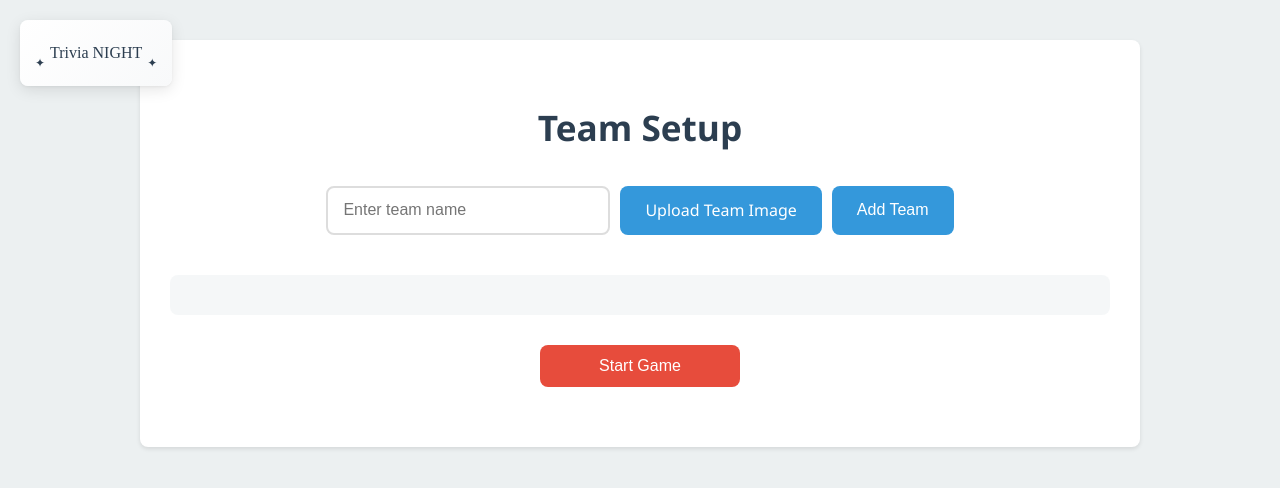
Repository: oscarfco/oscarfco.github.io
Page: projects/trivia_night/index.html
The author's editor kept a copy of each file at every save. The page is drawn from the files as they stood at one save, then again after a run of saves.
The browser window is 1280 px wide. The pictures show the whole page.

Above is the page before, as saved 2025-01-26 00:57:08.

### projects/trivia_night/index.html
<!DOCTYPE html>
<html>
<head>
    <title>Scoreboard</title>
    <style>
        :root {
            --primary-color: #2c3e50;
            --secondary-color: #3498db;
            --accent-color: #e74c3c;
            --background-color: #ecf0f1;
            --text-color: #2c3e50;
            --shadow: 0 2px 4px rgba(0,0,0,0.1);
            --border-radius: 8px;
        }

        body {
            font-family: 'Segoe UI', Tahoma, Geneva, Verdana, sans-serif;
            max-width: 1000px;
            margin: 0 auto;
            padding: 40px 20px;
            background-color: var(--background-color);
            color: var(--text-color);
            line-height: 1.6;
        }

        h2 {
            color: var(--primary-color);
            text-align: center;
            margin-bottom: 30px;
            font-size: 2.2em;
            font-weight: 600;
        }

        .screen {
            display: none;
            background: white;
            padding: 30px;
            border-radius: var(--border-radius);
            box-shadow: var(--shadow);
            animation: fadeIn 0.3s ease-in;
        }

        @keyframes fadeIn {
            from { opacity: 0; transform: translateY(20px); }
            to { opacity: 1; transform: translateY(0); }
        }

        .active {
            display: block;
        }

        .team-list {
            margin: 20px 0;
            padding: 20px;
            background: rgba(236, 240, 241, 0.5);
            border-radius: var(--border-radius);
        }

        .team-list div {
            padding: 10px;
            margin: 5px 0;
            background: white;
            border-radius: var(--border-radius);
            box-shadow: var(--shadow);
        }

        .score-container {
            display: grid;
            grid-template-columns: 2fr 1fr 1fr;
            gap: 20px;
            margin: 20px 0;
            padding: 20px;
            background: rgba(236, 240, 241, 0.5);
            border-radius: var(--border-radius);
        }

        .score-container > div {
            padding: 10px;
            text-align: center;
        }

        input[type="text"], input[type="number"] {
            padding: 12px 15px;
            border: 2px solid #ddd;
            border-radius: var(--border-radius);
            font-size: 16px;
            width: 250px;
            transition: border-color 0.3s ease;
        }

        input[type="text"]:focus, input[type="number"]:focus {
            outline: none;
            border-color: var(--secondary-color);
        }

        button {
            background-color: var(--secondary-color);
            color: white;
            border: none;
            padding: 12px 25px;
            border-radius: var(--border-radius);
            cursor: pointer;
            font-size: 16px;
            font-weight: 500;
            transition: all 0.3s ease;
        }

        button:hover {
            background-color: #2980b9;
            transform: translateY(-2px);
            box-shadow: 0 4px 8px rgba(0,0,0,0.1);
        }

        #startGameBtn, button[onclick="showResults"], button[onclick="nextRound"] {
            background-color: var(--accent-color);
            display: block;
            margin: 30px auto;
            width: 200px;
        }

        #startGameBtn:hover, button[onclick="showResults"]:hover, button[onclick="nextRound"]:hover {
            background-color: #c0392b;
        }

        #rankings {
            padding: 20px;
        }

        #rankings div {
            padding: 15px;
            margin: 10px 0;
            background: white;
            border-radius: var(--border-radius);
            box-shadow: var(--shadow);
            font-size: 18px;
        }
/*
        #rankings div:nth-child(1) {
            background-color: #ffd700;
            color: var(--primary-color);
            font-weight: bold;
        }

        #rankings div:nth-child(2) {
            background-color: #c0c0c0;
            color: var(--primary-color);
        }

        #rankings div:nth-child(3) {
            background-color: #cd7f32;
            color: var(--primary-color);
        } */
        #rankingsList .ranking-item:nth-of-type(1) {
            background-color: #ffd700; /* Gold */
            color: var(--primary-color);
            font-weight: bold;
        }

        #rankingsList .ranking-item:nth-of-type(2) {
            background-color: #c0c0c0; /* Silver */
            color: var(--primary-color);
        }

        #rankingsList .ranking-item:nth-of-type(3) {
            background-color: #cd7f32; /* Bronze */
            color: var(--primary-color);
        }

        .team-input-container {
            display: flex;
            gap: 10px;
            justify-content: center;
            margin-bottom: 20px;
        }

        @media (max-width: 768px) {
            body {
                padding: 20px 10px;
            }

            input[type="text"], input[type="number"] {
                width: 100%;
            }

            .team-input-container {
                flex-direction: column;
            }

            .score-container {
                grid-template-columns: 1fr;
            }
        }

        .end-game-btn {
            background-color: #e67e22;
            margin-top: 20px;
        }

        .end-game-btn:hover {
            background-color: #d35400;
        }

        .restart-btn {
            background-color: #27ae60;
            margin-top: 30px;
        }

        .restart-btn:hover {
            background-color: #219a52;
        }

        #finalScreen {
            position: relative;
            overflow: hidden;
            background: linear-gradient(to bottom, #2c3e50, #3498db);
            color: white;
        }

        #finalScreen h2 {
            color: white;
            text-shadow: 2px 2px 4px rgba(0,0,0,0.3);
        }

        #finalRankings div {
            background: rgba(255, 255, 255, 0.9);
            padding: 20px;
            margin: 15px 0;
            border-radius: var(--border-radius);
            box-shadow: var(--shadow);
            font-size: 20px;
            text-align: center;
            color: var(--primary-color);
            transition: transform 0.3s ease;
        }

        #finalRankings div:hover {
            transform: scale(1.02);
        }

        #finalRankings div:nth-child(1) {
            background: linear-gradient(135deg, #ffd700, #ffc800);
            font-size: 24px;
            font-weight: bold;
        }

        #finalRankings div:nth-child(2) {
            background: linear-gradient(135deg, #c0c0c0, #b0b0b0);
        }

        #finalRankings div:nth-child(3) {
            background: linear-gradient(135deg, #cd7f32, #bd6f22);
        }

        .fireworks {
            position: absolute;
            width: 100%;
            height: 100%;
            animation: fireworks 2s infinite;
            pointer-events: none;
        }

        .fireworks:nth-child(1) { animation-delay: 0s; }
        .fireworks:nth-child(2) { animation-delay: 0.6s; }
        .fireworks:nth-child(3) { animation-delay: 1.2s; }

        @keyframes fireworks {
            0% {
                background-image: radial-gradient(circle, rgba(255,215,0,0) 0%, rgba(255,215,0,0) 100%);
            }
            25% {
                background-image: radial-gradient(circle, rgba(255,215,0,0.8) 0%, rgba(255,215,0,0) 70%);
            }
            100% {
                background-image: radial-gradient(circle, rgba(255,215,0,0) 0%, rgba(255,215,0,0) 100%);
            }
        }

        #rankings .ranking-item {
            position: relative;
            animation: slideIn 0.5s ease forwards;
        }

        @keyframes slideIn {
            from {
                opacity: 0;
                transform: translateX(-20px);
            }
            to {
                opacity: 1;
                transform: translateX(0);
            }
        }

        .score-addition {
            opacity: 0;
            color: #27ae60;
            font-weight: bold;
            margin-left: 10px;
        }

        .score-pop {
            animation: scorePop 0.5s forwards;
        }

        @keyframes scorePop {
            0% {
                opacity: 0;
                transform: scale(0.5);
            }
            70% {
                opacity: 1;
                transform: scale(1.2);
            }
            100% {
                opacity: 1;
                transform: scale(1);
            }
        }

        .ranking-item {
            background: white;
            padding: 15px;
            margin: 10px 0;
            border-radius: var(--border-radius);
            box-shadow: var(--shadow);
        }

        /* .ranking-item:nth-child(1) {
            background-color: #ffd700;
        }

        .ranking-item:nth-child(2) {
            background-color: #c0c0c0;
        }

        .ranking-item:nth-child(3) {
            background-color: #cd7f32;
        } */

        @keyframes highlight {
            0% { transform: scale(1); }
            50% { transform: scale(1.05); }
            100% { transform: scale(1); }
        }

        .rank-change {
            display: inline-block;
            margin-left: 10px;
            font-weight: bold;
            padding: 2px 8px;
            border-radius: 12px;
            font-size: 14px;
            animation: fadeInSlide 0.5s ease forwards;
        }

        .rank-up {
            color: #27ae60;
            background-color: rgba(39, 174, 96, 0.1);
        }

        .rank-down {
            color: #e74c3c;
            background-color: rgba(231, 76, 60, 0.1);
        }

        .rank-same {
            color: #95a5a6;
            background-color: rgba(149, 165, 166, 0.1);
        }

        @keyframes fadeInSlide {
            from {
                opacity: 0;
                transform: translateX(-10px);
            }
            to {
                opacity: 1;
                transform: translateX(0);
            }
        }

        .ranking-item {
            display: flex;
            justify-content: space-between;
            align-items: center;
            background: white;
            padding: 15px 20px;
            margin: 10px 0;
            border-radius: var(--border-radius);
            box-shadow: var(--shadow);
            animation: slideIn 0.5s ease forwards;
        }

        .round-header {
            grid-column: 1 / -1;
            text-align: center;
            font-size: 1.5em;
            font-weight: bold;
            color: var(--primary-color);
            margin-bottom: 20px;
            padding: 10px;
            background: rgba(236, 240, 241, 0.5);
            border-radius: var(--border-radius);
        }

        .ranking-graph {
            margin-top: 30px;
            padding: 20px;
            background: #ffffff;
            border-radius: var(--border-radius);
            box-shadow: var(--shadow);
        }

        .graph-grid {
            display: grid;
            grid-template-columns: 40px 1fr;
            grid-template-rows: 1fr 40px;
            gap: 0;
            height: 400px;
            margin: 20px 0;
            padding: 20px;
            background: #ffffff;
            border-radius: var(--border-radius);
            border: 1px solid #e9ecef;
        }

        .graph-svg {
            width: 100%;
            height: 100%;
            background: #ffffff;
            border-radius: 8px;
            border: 1px solid #e9ecef;
        }

        .team-line {
            fill: none;
            stroke-width: 2;
            animation: drawLine 1s ease forwards;
        }

        @keyframes drawLine {
            from {
                stroke-dasharray: 1000;
                stroke-dashoffset: 1000;
            }
            to {
                stroke-dasharray: 1000;
                stroke-dashoffset: 0;
            }
        }

        .graph-y-axis {
            position: relative;
            background: #ffffff;
        }

        .y-label {
            position: absolute;
            font-size: 12px;
            color: #495057;
            right: 10px;
            transform: translateY(-50%);
        }

        .graph-x-axis {
            grid-column: 2;
            display: flex;
            justify-content: space-between;
            padding: 0 30px;
            align-items: center;
            background: #ffffff;
        }

        .x-label {
            font-size: 12px;
            color: #495057;
        }

        .graph-legend {
            display: flex;
            flex-wrap: wrap;
            gap: 15px;
            margin-top: 20px;
            justify-content: center;
        }

        .legend-item {
            display: flex;
            align-items: center;
            gap: 8px;
            padding: 5px 10px;
            background: #f8f9fa;
            border-radius: 15px;
            border: 1px solid #e9ecef;
        }

        .legend-color {
            display: inline-block;
            width: 30px;
            height: 4px;
            border-radius: 2px;
        }

        .modal-overlay {
            display: none;
            position: fixed;
            top: 0;
            left: 0;
            width: 100%;
            height: 100%;
            background: rgba(0, 0, 0, 0.5);
            z-index: 1000;
            animation: fadeIn 0.3s ease;
        }

        .modal {
            position: fixed;
            top: 50%;
            left: 50%;
            transform: translate(-50%, -50%);
            background: white;
            padding: 30px;
            border-radius: var(--border-radius);
            box-shadow: var(--shadow);
            text-align: center;
            z-index: 1001;
            min-width: 300px;
        }

        .modal h3 {
            margin-top: 0;
            color: var(--primary-color);
        }

        .modal-buttons {
            display: flex;
            justify-content: center;
            gap: 15px;
            margin-top: 20px;
        }

        .modal-buttons button {
            min-width: 100px;
        }

        .cancel-btn {
            background-color: #95a5a6 !important;
        }

        .cancel-btn:hover {
            background-color: #7f8c8d !important;
        }

        .team-image-container {
            width: 30px;
            height: 30px;
            border-radius: 50%;
            overflow: hidden;
            margin-right: 8px;
            display: inline-flex;
            align-items: center;
            justify-content: center;
            background-color: var(--secondary-color);
            flex-shrink: 0;
            padding: 0 !important;
        }

        .team-image {
            width: 100%;
            height: 100%;
            object-fit: cover;
        }

        .team-image-placeholder {
            width: 100%;
            height: 100%;
            display: flex;
            align-items: center;
            justify-content: center;
            background-color: var(--secondary-color);
            color: white;
            font-weight: bold;
            font-size: 14px;
        }

        .team-list-item {
            display: flex;
            align-items: center;
            padding: 10px;
            padding-left: 20px;
            margin: 5px 0;
            background: white;
            border-radius: var(--border-radius);
            box-shadow: var(--shadow);
        }

        .team-row {
            display: flex;
            align-items: center;
            padding-left: 20px;
        }

        .team-list-item span {
            margin-left: 12px;
        }

        .team-input-container {
            display: flex;
            gap: 10px;
            justify-content: center;
            margin-bottom: 20px;
        }

        #teamImageInput {
            display: none;
        }

        .image-upload-label {
            background-color: var(--secondary-color);
            color: white;
            padding: 12px 25px;
            border-radius: var(--border-radius);
            cursor: pointer;
            font-size: 16px;
            font-weight: 500;
            transition: all 0.3s ease;
        }

        .image-upload-label:hover {
            background-color: #2980b9;
            transform: translateY(-2px);
            box-shadow: 0 4px 8px rgba(0,0,0,0.1);
        }

        .image-upload-wrapper {
            position: relative;
            display: inline-flex;
            align-items: center;
        }

        .upload-success {
            display: none;
            align-items: center;
            gap: 4px;
            color: #27ae60;
            font-size: 14px;
            white-space: nowrap;
            animation: fadeIn 0.3s ease;
            padding: 8px 12px;
            background-color: rgba(39, 174, 96, 0.1);
            border-radius: var(--border-radius);
        }

        .upload-success svg {
            fill: currentColor;
        }

        @keyframes fadeIn {
            from { opacity: 0; }
            to { opacity: 1; }
        }

        .team-setup-container {
            display: flex;
            align-items: center;
            justify-content: center;
            gap: 20px;
            margin-bottom: 20px;
        }

        .team-input-container {
            display: flex;
            gap: 10px;
            justify-content: center;
            flex-wrap: wrap;
        }

        .upload-success {
            display: none;
            align-items: center;
            gap: 4px;
            color: #27ae60;
            font-size: 14px;
            white-space: nowrap;
            animation: fadeIn 0.3s ease;
            padding: 8px 12px;
            background-color: rgba(39, 174, 96, 0.1);
            border-radius: var(--border-radius);
            transform: translateY(-9px); /* Add transform property to allow manual Y position adjustment */
        }

        /* Add styles for the confirmation dialog */
        .confirm-dialog {
            position: fixed;
            top: 50%;
            left: 50%;
            transform: translate(-50%, -50%);
            background: white;
            padding: 20px;
            border-radius: var(--border-radius);
            box-shadow: var(--shadow);
            z-index: 1000;
        }

        .confirm-dialog-buttons {
            display: flex;
            justify-content: center;
            gap: 10px;
            margin-top: 15px;
        }

        @keyframes fadeIn {
            from { opacity: 0; }
            to { opacity: 1; }
        }

        .logo {
            position: absolute;
            top: 20px;
            left: 20px;
            font-family: 'Playfair Display', serif; /* More elegant font */
            background: linear-gradient(135deg, #ffffff 0%, #f8f9fa 100%);
            padding: 20px 30px;
            border-radius: 8px;
            box-shadow:
                0 4px 15px rgba(0,0,0,0.1),
                0 1px 3px rgba(0,0,0,0.05);
            text-align: center;
            z-index: 2;
        }

        .logo-main {
            font-size: 32px;
            font-weight: 700;
            letter-spacing: 4px;
            color: #2c3e50;
            margin-bottom: 5px;
            text-transform: uppercase;
            border-bottom: 2px solid #gold;
            padding-bottom: 5px;
        }

        .logo-night {
            font-size: 18px;
            letter-spacing: 8px;
            color: #34495e;
            margin: 5px 0;
        }

        .logo-address {
            font-size: 14px;
            font-family: 'Cormorant Garamond', serif; /* Elegant secondary font */
            color: #666;
            margin-top: 8px;
            letter-spacing: 1px;
            font-style: italic;
        }

        /* Add decorative elements */
        .logo::before,
        .logo::after {
            content: '✦';
            color: #gold;
            font-size: 12px;
            position: absolute;
            bottom: 12px;
        }

        .logo::before {
            left: 15px;
        }

        .logo::after {
            right: 15px;
        }

        .stopwatch-container {
            position: fixed;
            bottom: 40px;
            left: 50%;
            transform: translateX(-50%);
            z-index: 9999;
        }

        .stopwatch {
            background: #E6F3FF; /* Light pastel blue background */
            border-radius: 12px 12px 0 0;
            width: 360px;
            height: 110px;
            padding: 12px 20px;
            box-shadow:
                0 -5px 15px rgba(0,0,0,0.1),
                inset 0 2px 5px rgba(255,255,255,0.5);
            display: flex;
            flex-direction: row;
            align-items: center;
            justify-content: space-between;
            position: relative;
            border: 3px solid #B8DCFF; /* Slightly darker pastel blue border */
            border-bottom: 8px solid #B8DCFF;
            transform: scale(0.8);
            transform-origin: bottom center;
        }

        .stopwatch-display {
            background: #1a1a1a;
            padding: 8px 20px;
            border-radius: 8px;
            color: #4FB6FF; /* Bright blue for numbers */
            font-family: 'Digital-7', monospace;
            font-size: 42px;
            box-shadow:
                0 0 10px rgba(0,0,0,0.2),
                inset 0 0 5px rgba(79,182,255,0.2);
            text-shadow: 0 0 10px rgba(79,182,255,0.5);
            min-width: 160px;
            text-align: center;
            border: 2px solid #B8DCFF;
            margin-right: 15px;
        }

        .controls-wrapper {
            display: flex;
            flex-direction: column;
            gap: 8px;
        }

        .stopwatch-controls {
            display: grid;
            grid-template-columns: repeat(4, 1fr);
            gap: 6px;
            width: 140px;
        }

        .control-btn {
            background: #B8DCFF;
            border: none;
            color: #4A4A4A;
            padding: 6px;
            border-radius: 4px;
            cursor: pointer;
            font-size: 12px;
            font-weight: bold;
            transition: all 0.2s ease;
            box-shadow:
                0 2px 4px rgba(0,0,0,0.1),
                inset 0 1px rgba(255,255,255,0.5);
        }

        .control-btn:hover {
            background: #A3D1FF;
            transform: translateY(-1px);
        }

        .start-btn {
            background: #4FB6FF;
            border: none;
            color: white;
            padding: 6px 15px;
            border-radius: 15px;
            cursor: pointer;
            font-size: 14px;
            font-weight: bold;
            transition: all 0.3s ease;
            box-shadow:
                0 3px 6px rgba(0,0,0,0.1),
                inset 0 1px rgba(255,255,255,0.2);
            width: 140px;
        }

        .start-btn:hover {
            background: #3AA5FF;
            transform: translateY(-1px);
        }

        .start-btn.active {
            background: #FF4081; /* Keep red for active state */
        }

        .start-btn:disabled {
            background: #CCE4FF;
            cursor: not-allowed;
        }

        #minutes, #seconds {
            display: inline-block;
            min-width: 50px;
            text-align: center;
        }

        /* Stadium details */
        .stopwatch::before {
            content: '';
            position: absolute;
            top: -6px;
            left: 50%;
            transform: translateX(-50%);
            width: 60%;
            height: 6px;
            background: #B8DCFF;
            border-radius: 3px 3px 0 0;
        }

        .stopwatch::after {
            content: '';
            position: absolute;
            top: -3px;
            left: -3px;
            right: -3px;
            height: 3px;
            background: linear-gradient(90deg,
                transparent 0%,
                #B8DCFF 20%,
                #B8DCFF 80%,
                transparent 100%
            );
            border-radius: 3px;
        }
    </style>
</head>
<body>
    <div class="logo">
        Trivia
        <span>NIGHT</span>
    </div>
    <!-- Initial Screen -->
    <div id="initialScreen" class="screen active">
        <h2>Team Setup</h2>
        <div class="team-setup-container">
            <div class="team-input-container">
                <input type="text" id="teamNameInput" placeholder="Enter team name">
                <div class="image-upload-wrapper">
                    <label for="teamImageInput" class="image-upload-label">
                        Upload Team Image
                    </label>
                    <input type="file" id="teamImageInput" accept="image/*" onchange="handleImageUpload()">
                </div>
                <button onclick="addTeam()">Add Team</button>
            </div>
            <span id="imageUploadSuccess" class="upload-success">
                <svg viewBox="0 0 24 24" width="16" height="16">
                    <path fill="currentColor" d="M9 16.17L4.83 12l-1.42 1.41L9 19 21 7l-1.41-1.41L9 16.17z"/>
                </svg>
                Image uploaded
            </span>
        </div>
        <div id="teamList" class="team-list"></div>
        <button onclick="startGame()" id="startGameBtn">Start Game</button>
    </div>

    <!-- Game Screen -->
    <div id="gameScreen" class="screen">
        <h2>Game</h2>
        <div id="scoreBoard" class="score-container"></div>
        <button onclick="showResults()">End Round</button>
        <button onclick="confirmEndGame()" class="end-game-btn">End Game</button>
    </div>

    <!-- Results Screen -->
    <div id="resultsScreen" class="screen">
        <h2>Rankings</h2>
        <div id="rankings"></div>
        <button onclick="nextRound()">Next Round</button>
    </div>

    <!-- Final Results Screen -->
    <div id="finalScreen" class="screen">
        <div class="fireworks"></div>
        <div class="fireworks"></div>
        <div class="fireworks"></div>
        <h2>🏆 Final Rankings 🏆</h2>
        <div id="finalRankings"></div>
        <button onclick="restartGame()" class="restart-btn">New Game</button>
    </div>

    <div id="confirmEndGameModal" class="modal-overlay">
        <div class="modal">
            <h3>End Game</h3>
            <p>Are you sure you want to end the game? This action cannot be undone.</p>
            <div class="modal-buttons">
                <button onclick="cancelEndGame()" class="cancel-btn">Don't End!</button>
                <button onclick="endGame()">End Game</button>
            </div>
        </div>
    </div>

    <script src="scoreboard.js"></script>
</body>
</html>

Loaded but not shown: projects/trivia_night/scoreboard.js (541 lines, source omitted)

After the next 2 saves:
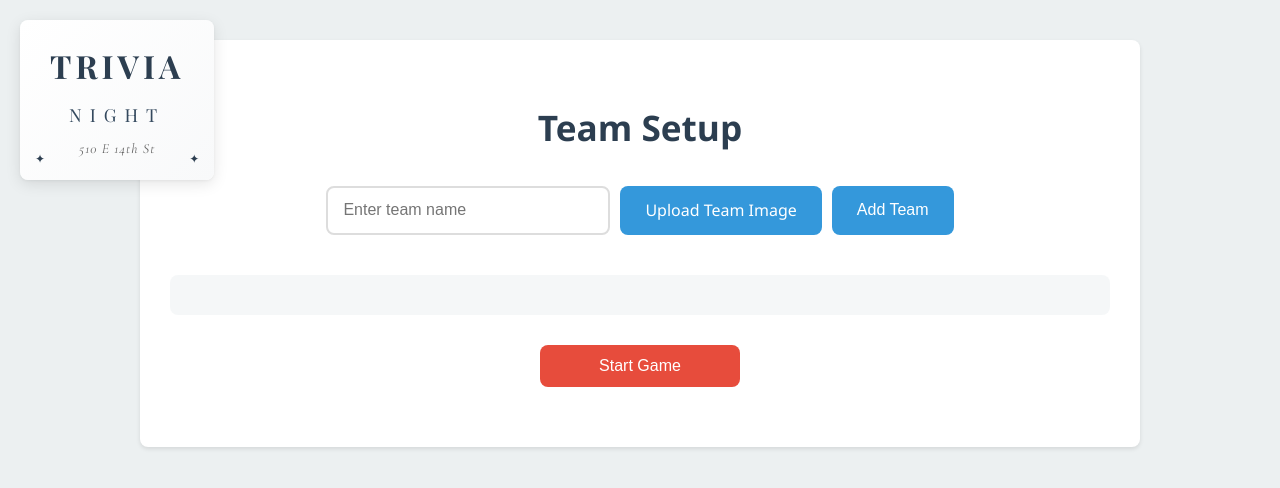
The 2 saves are shown as one change because they came seconds apart.
The last was saved 8 s later.
--- a/projects/trivia_night/index.html
+++ b/projects/trivia_night/index.html
@@ -2,6 +2,7 @@
 <html>
 <head>
     <title>Scoreboard</title>
+    <link href="https://fonts.googleapis.com/css2?family=Playfair+Display:wght@400;700&family=Cormorant+Garamond:ital@0;1&display=swap" rel="stylesheet">
     <style>
         :root {
             --primary-color: #2c3e50;
@@ -920,8 +921,9 @@
 </head>
 <body>
     <div class="logo">
-        Trivia
-        <span>NIGHT</span>
+        <div class="logo-main">Trivia</div>
+        <div class="logo-night">NIGHT</div>
+        <div class="logo-address">510 E 14th St</div>
     </div>
     <!-- Initial Screen -->
     <div id="initialScreen" class="screen active">
